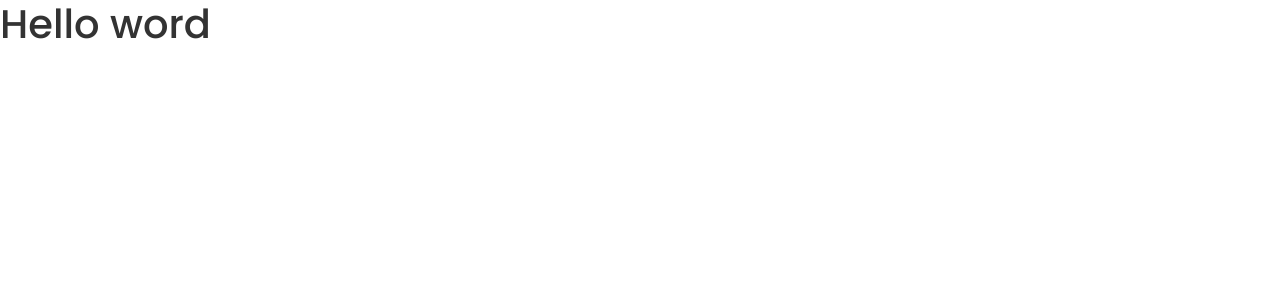
Repository: lucas-andedi/mern-task-manager-app-backend
Page: / (app in frontend/)
These files come from the project's save history. The page is drawn as it stood at one moment and after a run of saves; the edit follows.
The browser window is 1280 px wide. The pictures show the whole page.
The project was rebuilt for these pictures with package versions that can differ from the ones it lists, and the page was loaded fresh each time.

Above is the page before, as saved 2022-11-28 12:51:14.

After the next 2 saves:
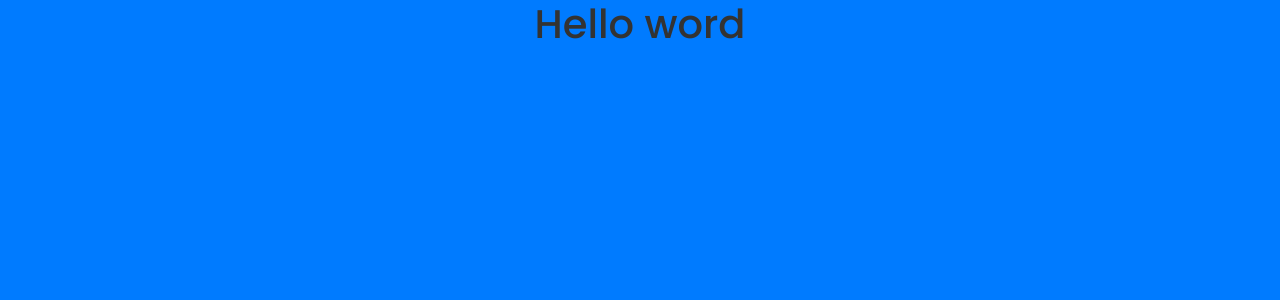
The 2 saves are shown as one change because they came seconds apart.
The last was saved 80 s later.
--- a/frontend/src/App.js
+++ b/frontend/src/App.js
@@ -1,6 +1,6 @@
 function App() {
   return (
-    <div>
+    <div className="app">
       <h1>Hello word</h1>
     </div>
   );
